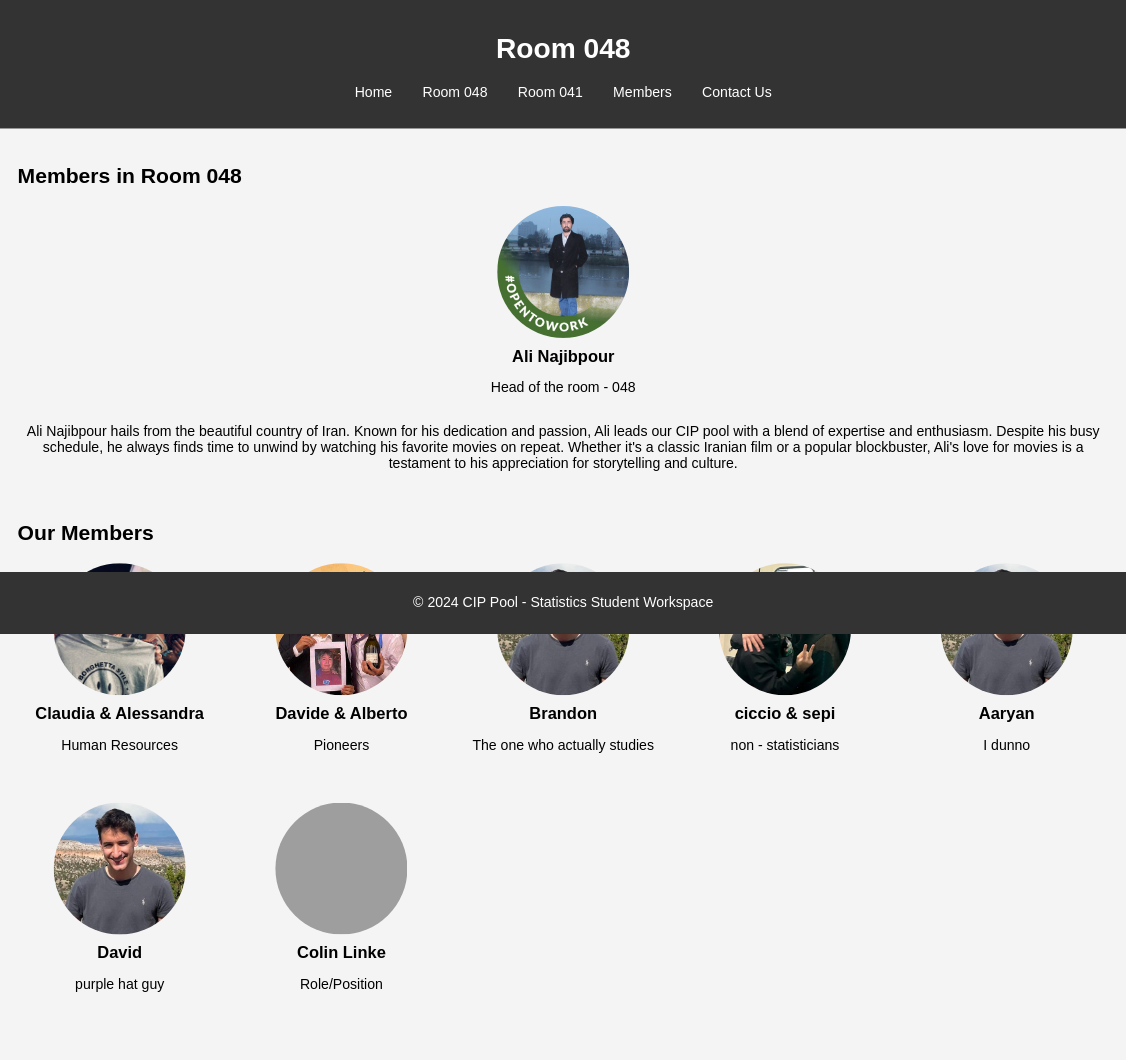
Repository: anjalisarawgi/cip_website
Page: room_048.html
The author's editor kept a copy of each file at every save. The page is drawn from the files as they stood at one save, then again after the next save.
The browser window is 1280 px wide. The pictures show the whole page, at 88% of full size.
Pictures or frames that could not be fetched are drawn as grey boxes.

Above is the page before, as saved 2024-06-14 14:03:24.

### room_048.html
<!DOCTYPE html>
<html lang="en">
<head>
    <meta charset="UTF-8">
    <meta name="viewport" content="width=device-width, initial-scale=1.0">
    <title>Room 048 - CIP Pool</title>
    <link rel="stylesheet" href="styles.css">
</head>
<body>
    <header>
        <h1>Room 048</h1>
        <nav>
            <ul>
                <li><a href="index.html">Home</a></li>
                <li><a href="room_048.html">Room 048</a></li>
                <li><a href="room_041.html">Room 041</a></li>
                <li><a href="members.html">Members</a></li>
                <li><a href="contact.html">Contact Us</a></li>
            </ul>
        </nav>
    </header>
    <main>
        <section>
            <h2>Members in Room 048</h2>
            <div class="members-grid">
                <div class="member">
                    <img src="images/ali.jpeg" alt="Ali Najibpour" class="member-photo">
                    <div class="member-info">
                        <h3>Ali Najibpour</h3>
                        <p>Head of the room - 048</p>
                        <p>Ali Najibpour hails from the beautiful country of Iran. Known for his dedication and passion, Ali leads our CIP pool with a blend of expertise and enthusiasm. Despite his busy schedule, he always finds time to unwind by watching his favorite movies on repeat. Whether it's a classic Iranian film or a popular blockbuster, Ali's love for movies is a testament to his appreciation for storytelling and culture.</p>
                    </div>
                </div>
            </div>
        </section>
        <section>
            <h2>Our Members</h2>
            <div class="members-grid">
                <div class="member">
                    <img src="images/claudia_alessandra.jpeg" alt="Claudia & Alessandra" class="member-photo">
                    <div class="member-info">
                        <h3>Claudia & Alessandra</h3>
                        <p>Human Resources</p>
                    </div>
                </div>
                <div class="member">
                    <img src="images/davide_alberto.jpeg" alt="Davide & Alberto" class="member-photo">
                    <div class="member-info">
                        <h3>Davide & Alberto</h3>
                        <p>Pioneers</p>
                    </div>
                </div>
                <div class="member">
                    <img src="images/brandon.jpeg" alt="Brandon" class="member-photo">
                    <div class="member-info">
                        <h3>Brandon</h3>
                        <p>The one who actually studies</p>
                    </div>
                </div>
                <div class="member">
                    <img src="images/francesco_giuseppe.jpeg" alt="Francesco & Giuseppe" class="member-photo">
                    <div class="member-info">
                        <h3>ciccio & sepi</h3>
                        <!-- <p><em>ciccio & sepi</em></p> -->
                        <p>non - statisticians </p>
                    </div>
                </div>
                <div class="member">
                    <img src="images/brandon.jpeg" alt="Brandon" class="member-photo">
                    <div class="member-info">
                        <h3>Aaryan</h3>
                        <p>I dunno</p>
                    </div>
                </div>
                <div class="member">
                    <img src="images/brandon.jpeg" alt="Brandon" class="member-photo">
                    <div class="member-info">
                        <h3>David</h3>
                        <p>purple hat guy</p>
                    </div>
                </div>
                <div class="member">
                    <img src="images/member5.jpeg" alt="Member 5" class="member-photo">
                    <div class="member-info">
                        <h3>Colin Linke</h3>
                        <p>Role/Position</p>
                    </div>
                </div>
            </div>
        </section>
    </main>
    <footer>
        <p>&copy; 2024 CIP Pool - Statistics Student Workspace</p>
    </footer>
</body>
</html>

### styles.css
body {
    font-family: Arial, sans-serif;
    margin: 0;
    padding: 0;
    background-color: #f4f4f4;
}

header {
    background-color: #333;
    color: white;
    padding: 1em 0;
    text-align: center;
}

nav ul {
    list-style-type: none;
    padding: 0;
}

nav ul li {
    display: inline;
    margin: 0 15px;
}

nav ul li a {
    color: white;
    text-decoration: none;
}

main {
    padding: 20px;
}

footer {
    background-color: #333;
    color: white;
    text-align: center;
    padding: 10px 0;
    position: fixed;
    bottom: 0;
    width: 100%;
}

section {
    margin-bottom: 20px;
}

.member {
    display: flex;
    align-items: center;
    margin-bottom: 20px;
}

.member-photo {
    border-radius: 50%;
    width: 150px;
    height: 150px;
    object-fit: cover;
    margin-bottom: 10px;
}


.member-info {
    display: flex;
    flex-direction: column;
}

.member-info h3 {
    margin: 0;
}

.members-grid {
    display: grid;
    grid-template-columns: repeat(auto-fit, minmax(200px, 1fr));
    gap: 20px;
}

.members-grid .member {
    flex-direction: column;
    align-items: center;
    text-align: center;
}

.members-grid .member-photo {
    width: 150px;
    height: 150px;
    margin-bottom: 10px;
}

.members-grid .member-info {
    align-items: center;
}

After the next save:
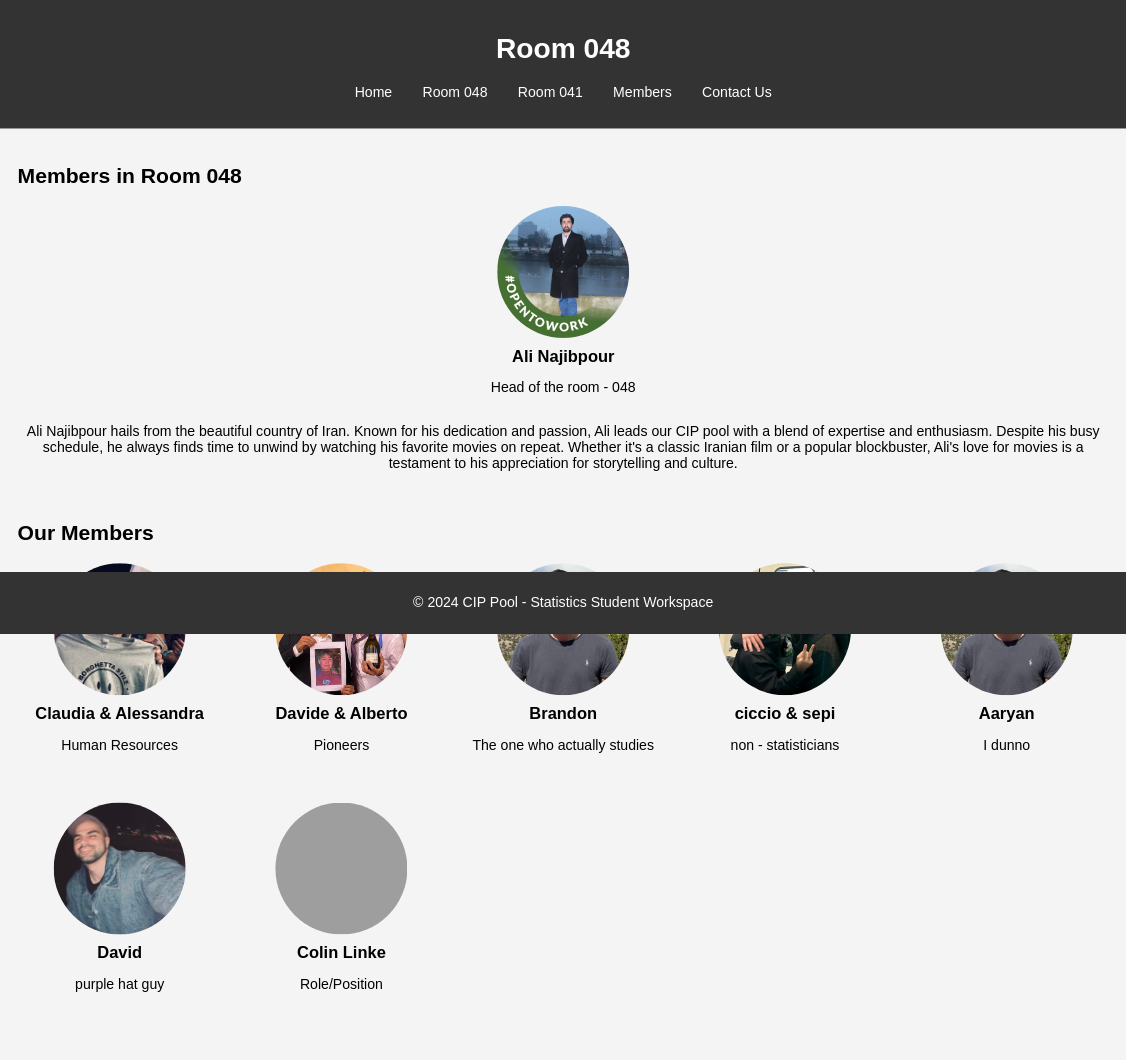
Saved 4 s later.
--- a/room_048.html
+++ b/room_048.html
@@ -73,7 +73,7 @@
                     </div>
                 </div>
                 <div class="member">
-                    <img src="images/brandon.jpeg" alt="Brandon" class="member-photo">
+                    <img src="images/david.jpg" alt="Brandon" class="member-photo">
                     <div class="member-info">
                         <h3>David</h3>
                         <p>purple hat guy</p>
